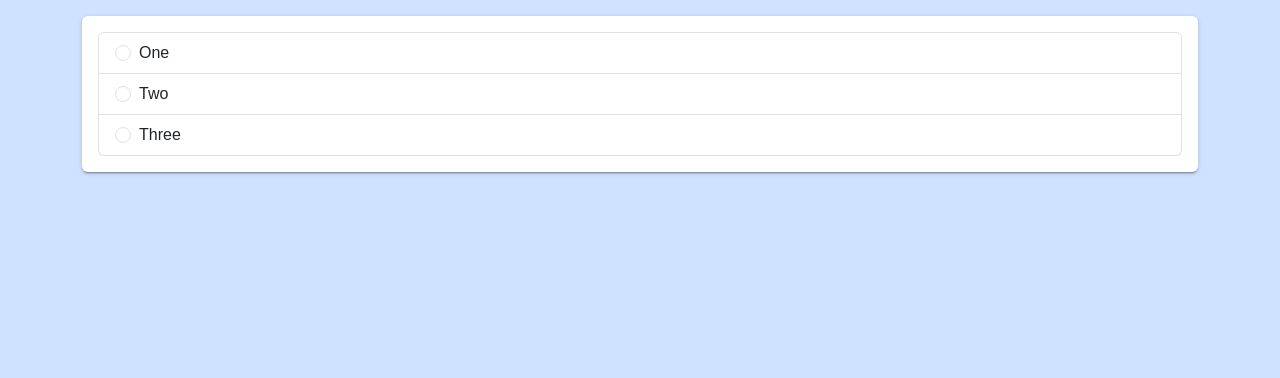
Repository: chancellor-w-whitaker/pivot-table
Page: /
These files come from the project's save history. The page is drawn as it stood at one moment and after the next save; the edit follows.
The browser window is 1280 px wide. The pictures show the whole page.
The page's requests for data from a server got no answer. Some web fonts or font styles are not loaded; a fallback is used. The project was rebuilt for these pictures with package versions that can differ from the ones it lists, and the page was loaded fresh each time. No one was signed in, and anything a server would have sent is missing. Also part of the build but not shown: vite.config.js.

Above is the page before, as saved 2024-01-03 18:24:43.

### src/main.jsx
// Bootstrap Bundle JS
import "bootstrap/dist/js/bootstrap.bundle.min";
// Bootstrap CSS
import "bootstrap/dist/css/bootstrap.min.css";
import ReactDOM from "react-dom/client";
import React from "react";

import App from "./App.jsx";
import "./index.css";

ReactDOM.createRoot(document.getElementById("root")).render(
  <React.StrictMode>
    <App />
  </React.StrictMode>
);

### src/App.jsx
import { useEffect, useState } from "react";

import { Container } from "./Container";
import "./App.css";

const useBodyBgVariant = (variant = "body-tertiary") => {
  useEffect(() => {
    const variantIsLengthyString =
      typeof variant === "string" && variant.length > 0;

    variantIsLengthyString && document.body.classList.add(`bg-${variant}`);

    return () => {
      variantIsLengthyString && document.body.classList.remove(`bg-${variant}`);
    };
  }, [variant]);
};

const useData = (url) => {
  const [data, setData] = useState(null);
  useEffect(() => {
    if (url) {
      let ignore = false;
      fetch(url)
        .then((response) => response.json())
        .then((json) => {
          if (!ignore) {
            setData(json);
          }
        });
      return () => {
        ignore = true;
      };
    }
  }, [url]);
  return data;
};

const RadioListGroup = ({ setCheckedValue, checkedValue, options, name }) => {
  const onOptionChange = (e) => setCheckedValue(e.target.value);

  return (
    <>
      <div className="list-group">
        {options.map(({ value, label }) => (
          <label className="list-group-item d-flex gap-2" key={value}>
            <input
              className="form-check-input flex-shrink-0"
              checked={value === checkedValue}
              onChange={onOptionChange}
              value={value}
              type="radio"
              name={name}
            />
            <span>{label}</span>
          </label>
        ))}
      </div>
    </>
  );
};

const datasetOptions = [
  { label: "Fall Enrollment", value: "fall" },
  { label: "Spring Enrollment", value: "spring" },
  { label: "Summer Enrollment", value: "summer" },
  { label: "Degrees Awarded", value: "degrees" },
  { label: "Retention Rates", value: "retention" },
  { label: "Graduation Rates", value: "graduation" },
  { label: "Credit Hours", value: "hours" },
];

const Dashboard = () => {
  const [checkedValue, setCheckedValue] = useState();

  const data = useData("data/fall.json");

  // console.log(data);

  return (
    <>
      <RadioListGroup
        options={[
          { value: "one", label: "One" },
          { value: "two", label: "Two" },
          { value: "three", label: "Three" },
        ]}
        setCheckedValue={setCheckedValue}
        checkedValue={checkedValue}
        name={"dataset"}
      ></RadioListGroup>
    </>
  );
};

const App = () => {
  useBodyBgVariant("primary-subtle");

  return (
    <>
      <Container>
        <Dashboard></Dashboard>
      </Container>
    </>
  );
};

export default App;

### src/index.css
@import url("https://fonts.cdnfonts.com/css/poppins");

:root,
[data-bs-theme="light"] {
  --bs-font-sans-serif: "Poppins", sans-serif;

  --bs-box-shadow: 0px 3px 3px -2px rgba(0, 0, 0, 0.2),
    0px 3px 4px 0px rgba(0, 0, 0, 0.14), 0px 1px 8px 0px rgba(0, 0, 0, 0.12);
  --bs-box-shadow-sm: 0px 3px 1px -2px rgba(0, 0, 0, 0.2),
    0px 2px 2px 0px rgba(0, 0, 0, 0.14), 0px 1px 5px 0px rgba(0, 0, 0, 0.12);
  --bs-box-shadow-lg: 0px 2px 4px -1px rgba(0, 0, 0, 0.2),
    0px 4px 5px 0px rgba(0, 0, 0, 0.14), 0px 1px 10px 0px rgba(0, 0, 0, 0.12);
}

### src/Container.jsx
export const Container = ({ children }) => {
  return (
    <>
      <main className="container">
        <div className="my-3 p-3 bg-body rounded shadow-sm">{children}</div>
      </main>
    </>
  );
};

### src/App.css
@import url("https://fonts.cdnfonts.com/css/poppins");

:root,
[data-bs-theme="light"] {
  --bs-font-sans-serif: "Poppins", sans-serif;

  --bs-box-shadow: 0px 3px 3px -2px rgba(0, 0, 0, 0.2),
    0px 3px 4px 0px rgba(0, 0, 0, 0.14), 0px 1px 8px 0px rgba(0, 0, 0, 0.12);
  --bs-box-shadow-sm: 0px 3px 1px -2px rgba(0, 0, 0, 0.2),
    0px 2px 2px 0px rgba(0, 0, 0, 0.14), 0px 1px 5px 0px rgba(0, 0, 0, 0.12);
  --bs-box-shadow-lg: 0px 2px 4px -1px rgba(0, 0, 0, 0.2),
    0px 4px 5px 0px rgba(0, 0, 0, 0.14), 0px 1px 10px 0px rgba(0, 0, 0, 0.12);
}

Loaded but not shown: index.html (common file)

After the next save:
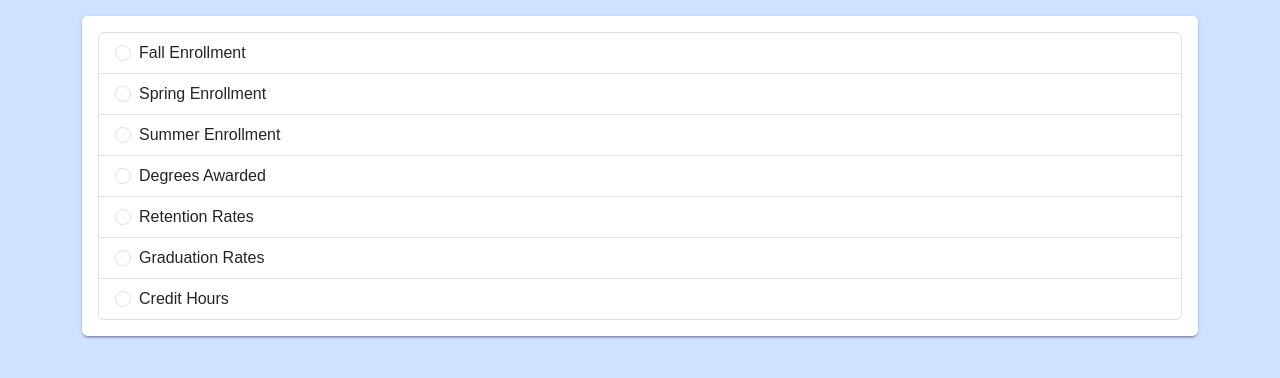
Saved 10 s later.
--- a/src/App.jsx
+++ b/src/App.jsx
@@ -80,13 +80,9 @@
   return (
     <>
       <RadioListGroup
-        options={[
-          { value: "one", label: "One" },
-          { value: "two", label: "Two" },
-          { value: "three", label: "Three" },
-        ]}
         setCheckedValue={setCheckedValue}
         checkedValue={checkedValue}
+        options={datasetOptions}
         name={"dataset"}
       ></RadioListGroup>
     </>
